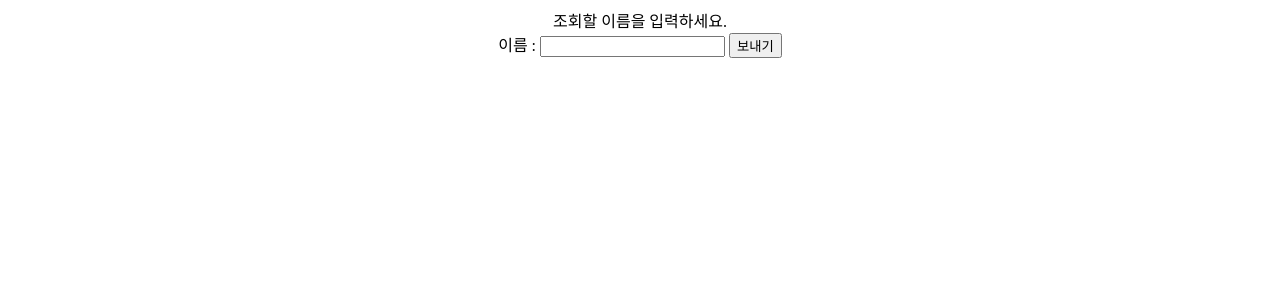
Repository: ljdongz/jsp-study
Page: jspbook/src/main/webapp/ch06/select.html
An editor plug-in stored every save of this project. The page is shown before and after a run of saves, followed by the edit.
The browser window is 1280 px wide. The pictures show the whole page.

Above is the page before, as saved 2022-10-12 01:55:32.

After the next 2 saves:
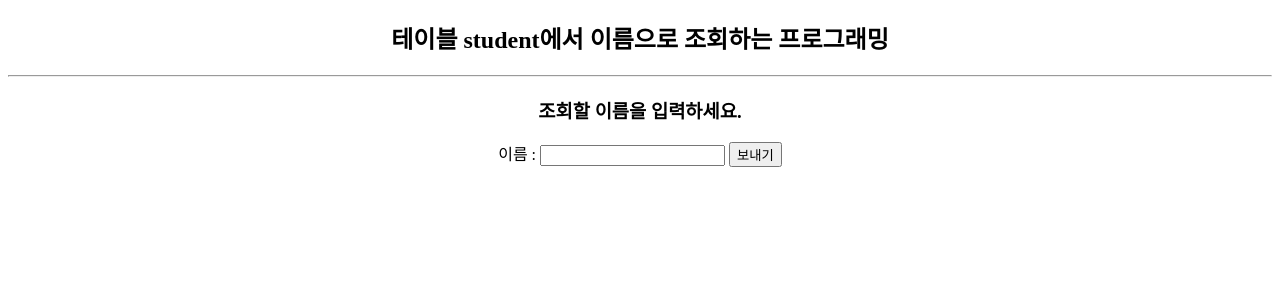
The 2 saves are shown as one change because 1 did not build or start.
The last was saved 7 min 29 s later.
--- a/jspbook/src/main/webapp/ch06/select.html
+++ b/jspbook/src/main/webapp/ch06/select.html
@@ -5,8 +5,9 @@
 <title>Insert title here</title>
 </head>
 <body>
-	<div align=center>
-		조회할 이름을 입력하세요.<br>
+	<div align="center">
+		<h2>테이블 student에서 이름으로 조회하는 프로그래밍</h2><hr>
+		<h3>조회할 이름을 입력하세요.</h3>
 		<form method=post name=test action="selectstudent.jsp">
 			이름 : <input type=text name=username>
 			<input type="submit" value="보내기">
